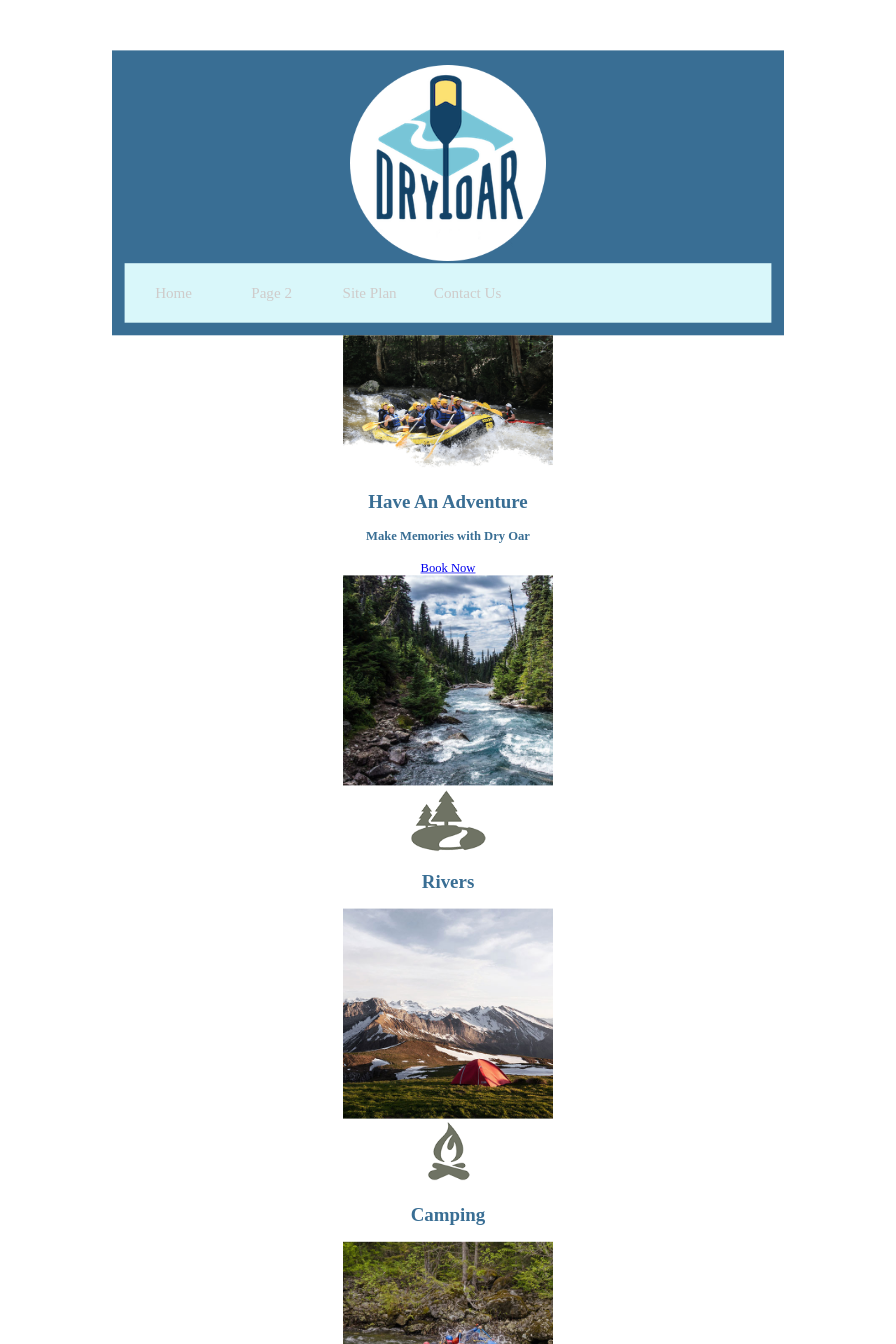
Repository: nak97/WDD-130
Page: wrr/index.html
The author's editor kept a copy of each file at every save. The page is drawn from the files as they stood at one save, then again after the next save.
The browser window is 1280 px wide. The pictures show the part of the page from y = 0 to 1920 px (the page is 3154 px tall before and 3708 px after), at 70% of full size.
Some web fonts or font styles are not loaded; a fallback is used.

Above is the page before, as saved 2023-01-28 07:43:14.

After the next save:
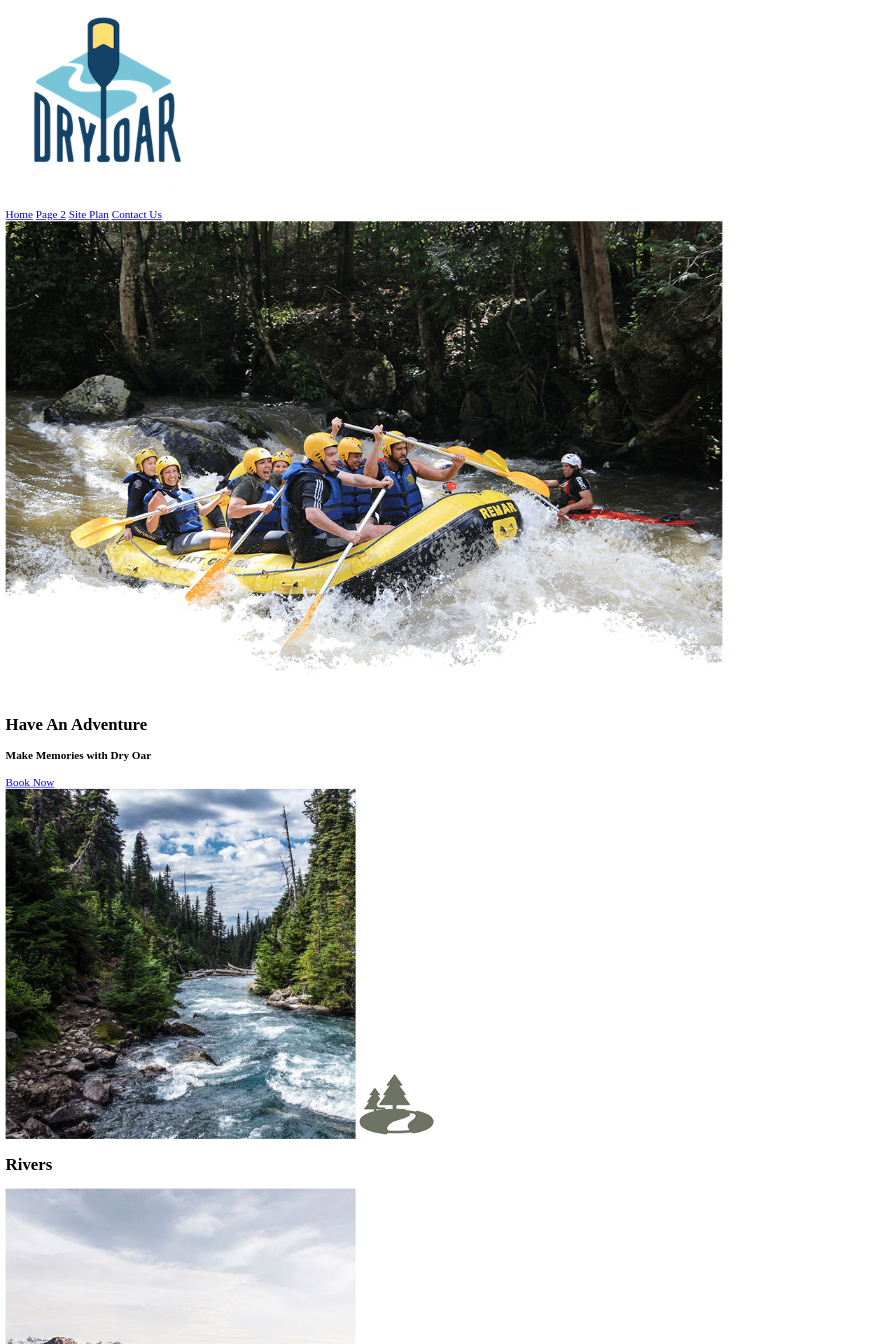
Not found: wrr/styles/index.css
Saved 93 s later.
--- a/wrr/index.html
+++ b/wrr/index.html
@@ -4,7 +4,7 @@
   <meta charset="UTF-8">
   <meta http-equiv="X-UA-Compatible" content="IE=edge">
   <meta name="viewport" content="width=device-width, initial-scale=1.0">
-  <link rel="stylesheet" href="styles/site-plan-rafting.css">
+  <link rel="stylesheet" href="styles/index.css">
 
   <title>Dry Oar Boating</title>
 </head>

After the save that followed:
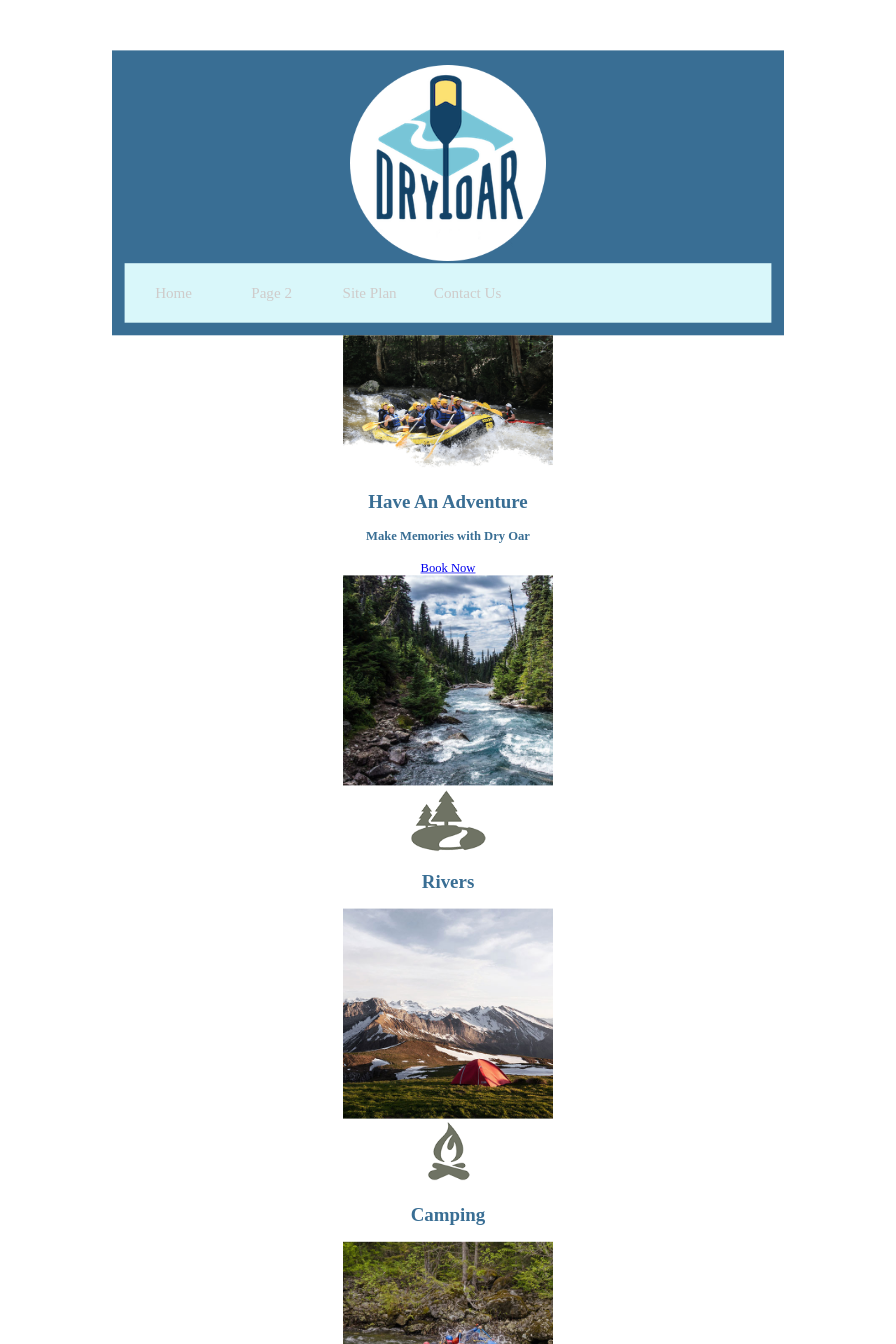
Saved 10 s later.
--- a/wrr/index.html
+++ b/wrr/index.html
@@ -4,7 +4,7 @@
   <meta charset="UTF-8">
   <meta http-equiv="X-UA-Compatible" content="IE=edge">
   <meta name="viewport" content="width=device-width, initial-scale=1.0">
-  <link rel="stylesheet" href="styles/index.css">
+  <link rel="stylesheet" href="styles/styles.css">
 
   <title>Dry Oar Boating</title>
 </head>
